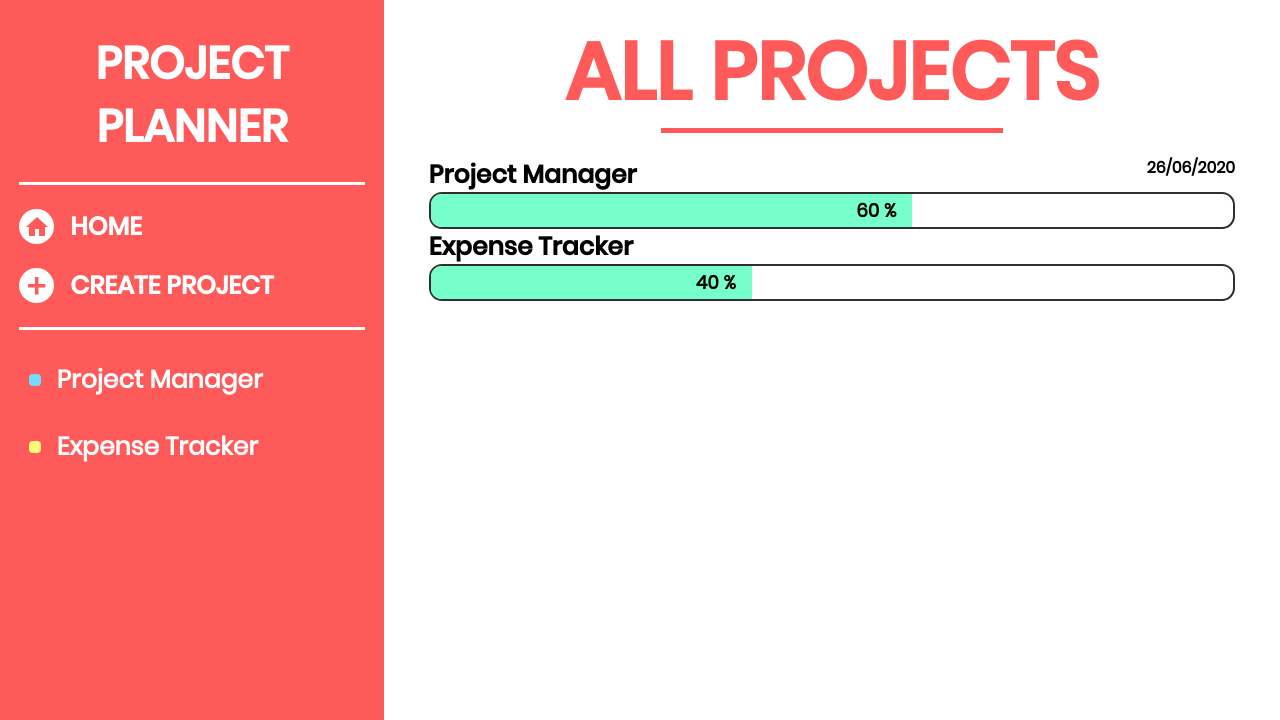
Repository: AzharMoosa/project-manager
Page: /
The author's editor kept a copy of each file at every save. The page is drawn from the files as they stood at one save, then again after a run of saves.
The browser window is 1280 px wide. The pictures show the whole page.
The project was rebuilt for these pictures with package versions that can differ from the ones it lists, and the page was loaded fresh each time.

Above is the page before, as saved 2020-06-22 11:09:39.

### public/index.html
<!DOCTYPE html>
<html lang="en">
  <head>
    <meta charset="utf-8" />
    <link rel="icon" href="%PUBLIC_URL%/favicon.ico" />
    <meta name="viewport" content="width=device-width, initial-scale=1" />
    <meta name="theme-color" content="#000000" />
    <meta
      name="description"
      content="Web site created using create-react-app"
    />
    <link rel="apple-touch-icon" href="%PUBLIC_URL%/logo192.png" />

    <link rel="manifest" href="%PUBLIC_URL%/manifest.json" />

    <title>Project Planner</title>
  </head>
  <body>
    <noscript>You need to enable JavaScript to run this app.</noscript>
    <div id="root"></div>
  </body>
</html>

### src/App.js
import React from "react";
import Sidebar from "./components/sidebar/Siebar";
import Home from "./components/home/Home";
import { ProjectProvider } from "./ProjectContext";

import "./App.css";

function App() {
  return (
    <ProjectProvider>
      <div className='container'>
        <Sidebar />
        <Home />
      </div>
    </ProjectProvider>
  );
}

export default App;

### src/components/sidebar/Siebar.js
import React from "react";
import Header from "./Header";
import ProjectList from "../project-list/ProjectList";

const Siebar = () => {
  return (
    <div className='sidebar'>
      <Header />
      <ProjectList />
    </div>
  );
};

export default Siebar;

### src/components/home/Home.js
import React, { useContext } from "react";
import ProgectProgress from "./ProgectProgress";
import { ProjectContext } from "../../ProjectContext";

const Home = () => {
  // eslint-disable-next-line
  const [projects, setProjects] = useContext(ProjectContext);

  return (
    <div className='home'>
      <h1 className='home-title'>ALL PROJECTS</h1>
      {projects.map((project) => (
        <ProgectProgress
          name={project.name}
          date={project.date}
          progress={project.progress}
          key={project.id}
        />
      ))}
    </div>
  );
};

export default Home;

### src/ProjectContext.js
import React, { useState, createContext } from "react";

export const ProjectContext = createContext();

export const ProjectProvider = (props) => {
  const [projects, setProjects] = useState([
    {
      name: "Project Manager",
      overview:
        "A project management application which allows you to plan personal projects and track its progress.  Create detail plans of projects before developing projects.",
      tools: ["HTML", "CSS", "JAVASCRIPT", "REACT"],
      progress: 60,
      tasks: [
        "Create Project Plans",
        "Todo List for Each Project",
        "Track Progress",
        "Priority List",
        "Choose Tools In Each Project",
        "Clean And Simple Design",
        "Use REACT",
      ],
      color: "blue",
      date: "26/06/2020",
      id: 28392,
    },

    {
      name: "Expense Tracker",
      overview:
        "A expense tracker application which allows you to budget and track your savings.  Track what expenses you have",
      tools: ["HTML", "CSS", "JAVASCRIPT", "REACT"],
      progress: 40,
      tasks: [
        "Expenses In And Out",
        "Current Balance",
        "Highest Money Out",
        "Clean And Simple Design",
        "Use REACT",
      ],
      color: "yellow",
      date: "",
      id: 2032,
    },
  ]);

  return (
    <ProjectContext.Provider value={[projects, setProjects]}>
      {props.children}
    </ProjectContext.Provider>
  );
};

### src/App.css
:root {
  --red: #ff5a5a;
  --green: #76ffca;
  --blue: #76daff;
  --yellow: #fffa76;
  --purple: #ab76ff;
}

/* CSS RESET */

* {
  margin: 0;
  padding: 0;
  box-sizing: border-box;
}

/* Fonts */

@font-face {
  font-family: "Poppins-Med";
  src: url("./fonts/Poppins-Medium.ttf");
}

@font-face {
  font-family: "Poppins-Reg";
  src: url("./fonts/Poppins-Regular.ttf");
}

/* Body */

body {
  font-family: "Poppins-Reg";
  line-height: 1.4;
}

/* Utilities */

/* Bullet Points */

.project-side:before,
.blue:before,
.yellow:before,
.green:before,
.purple:before {
  content: " ";
  height: 12px;
  width: 12px;
  margin-right: 1rem;
  border-radius: 4px;
}

.blue:before {
  background-color: var(--blue);
}

.yellow:before {
  background-color: var(--yellow);
}

.green:before {
  background-color: var(--green);
}

.purple:before {
  background-color: var(--purple);
}

/* Container */
.container {
  display: flex;
  overflow: hidden;
}

/* Sidebar */
.sidebar {
  width: 30vw;
  background-color: var(--red);
  height: 100vh;
  color: #fff;
}

.title {
  font-size: 45px;
  font-family: "Poppins-Med";
  text-align: center;
  padding-top: 2rem;
}

.nav-btns::after,
.nav-btns:before {
  content: " ";
  display: block;
  border-bottom: 3px solid #fff;
  width: 100%;
  margin: 1.5rem auto;
}

.nav-btns {
  width: 90%;
  margin: auto;
}

.home-btn,
.create-project-btn {
  display: flex;
  align-items: center;
  margin-top: 1.5rem;
}

.home-btn h3,
.create-project-btn h3 {
  margin-left: 1rem;
  font-family: "Poppins-Med";
  font-size: 25px;
}

.home-btn svg,
.create-project-btn svg {
  cursor: pointer;
}

/* Home */

.home {
  width: 70vw;
  display: flex;
  flex-direction: column;
}

.home-title {
  font-size: 80px;
  font-family: "Poppins-Med";
  color: var(--red);
  text-align: center;
  margin-top: 1rem;
}

.home-title:after {
  content: " ";
  display: block;
  border-bottom: 5px solid var(--red);
  width: 342px;
  margin: 0 auto 1.5rem auto;
}

/* Project Sidebar List */
.project-side {
  width: 85%;
  margin: 2rem auto;
  display: flex;
  align-items: center;
  cursor: pointer;
}

.project-side h3 {
  font-size: 25px;
}

/* Progress Bar */
.progressbar {
  width: 90%;
  background-color: #fff;
  border: 2px solid #2f2f2f;
  border-radius: 13px;
  margin: 0 auto;
}

.progressbar > div {
  background-color: var(--green);
  height: 33px;
  border-radius: 10px 0 0 10px;
}

.progressbar > div h3 {
  display: flex;
  justify-content: flex-end;
  line-height: 1.8;
  margin-right: 1rem;
}

.project-title {
  width: 90%;
  margin: auto;
  display: flex;
  justify-content: space-between;
}

.project-title h3 {
  font-size: 25px;
  font-family: "Poppins-Med";
}

### src/components/sidebar/Header.js
import React from "react";

const Header = () => {
  return (
    <div>
      <h1 className='title'>PROJECT PLANNER</h1>
      <div className='nav-btns'>
        <div className='home-btn'>
          <svg
            xmlns='http://www.w3.org/2000/svg'
            width='35'
            height='35'
            viewBox='0 0 35 35'
          >
            <g
              id='Home_Btn'
              data-name='Home Btn'
              transform='translate(-139 -182)'
            >
              <circle
                id='Ellipse_1'
                data-name='Ellipse 1'
                cx='17.5'
                cy='17.5'
                r='17.5'
                transform='translate(139 182)'
                fill='#fff'
              />
              <path
                id='icons8-home'
                d='M12,2.1,1,12H4v9h6V14h4v7h6V12h3Z'
                transform='translate(145 187.9)'
                fill='#ff5a5a'
              />
            </g>
          </svg>
          <h3>HOME</h3>
        </div>

        <div className='create-project-btn'>
          <svg
            xmlns='http://www.w3.org/2000/svg'
            width='35'
            height='35'
            viewBox='0 0 35 35'
          >
            <g id='Group_6' data-name='Group 6' transform='translate(-50 -242)'>
              <circle
                id='Ellipse_2'
                data-name='Ellipse 2'
                cx='17.5'
                cy='17.5'
                r='17.5'
                transform='translate(50 242)'
                fill='#fff'
              />
              <path
                id='icons8-plus'
                d='M8.922,2V8.922H2v1.538H8.922v6.922h1.538V10.461h6.922V8.922H10.461V2Z'
                transform='translate(58 250)'
                fill='#ff5a5a'
                stroke='#ff5a5a'
                strokeWidth='2'
                fillRule='evenodd'
              />
            </g>
          </svg>
          <h3>CREATE PROJECT</h3>
        </div>
      </div>
    </div>
  );
};

export default Header;

### src/components/project-list/ProjectList.js
import React, { useContext } from "react";
import { ProjectContext } from "../../ProjectContext";
import ProjectSide from "./ProjectSide";

const ProjectList = () => {
  // eslint-disable-next-line
  const [projects, setProjects] = useContext(ProjectContext);

  return (
    <div>
      {projects.map((project) => (
        <ProjectSide
          name={project.name}
          color={project.color}
          key={project.id}
        />
      ))}
    </div>
  );
};

export default ProjectList;

### src/components/home/ProgectProgress.js
import React from "react";
import ProgressBar from "./ProgressBar";

const ProgectProgress = ({ name, date, progress }) => {
  return (
    <div className='project-progress'>
      <div className='project-title'>
        <h3>{name}</h3>
        <h4>{date}</h4>
      </div>
      <ProgressBar progress={progress} />
    </div>
  );
};

export default ProgectProgress;

### src/components/project-list/ProjectSide.js
import React from "react";

const Project = ({ name, color }) => {
  return (
    <div className={`project-side ${color}`}>
      <h3>{name}</h3>
    </div>
  );
};

export default Project;

### src/components/home/ProgressBar.js
import React from "react";

const ProgressBar = ({ progress }) => {
  return (
    <div className='progressbar'>
      <div style={{ width: `${progress}%` }}>
        <h3>{progress} %</h3>
      </div>
    </div>
  );
};

export default ProgressBar;

Loaded but not shown: src/index.js (common file)

After the next 2 saves:
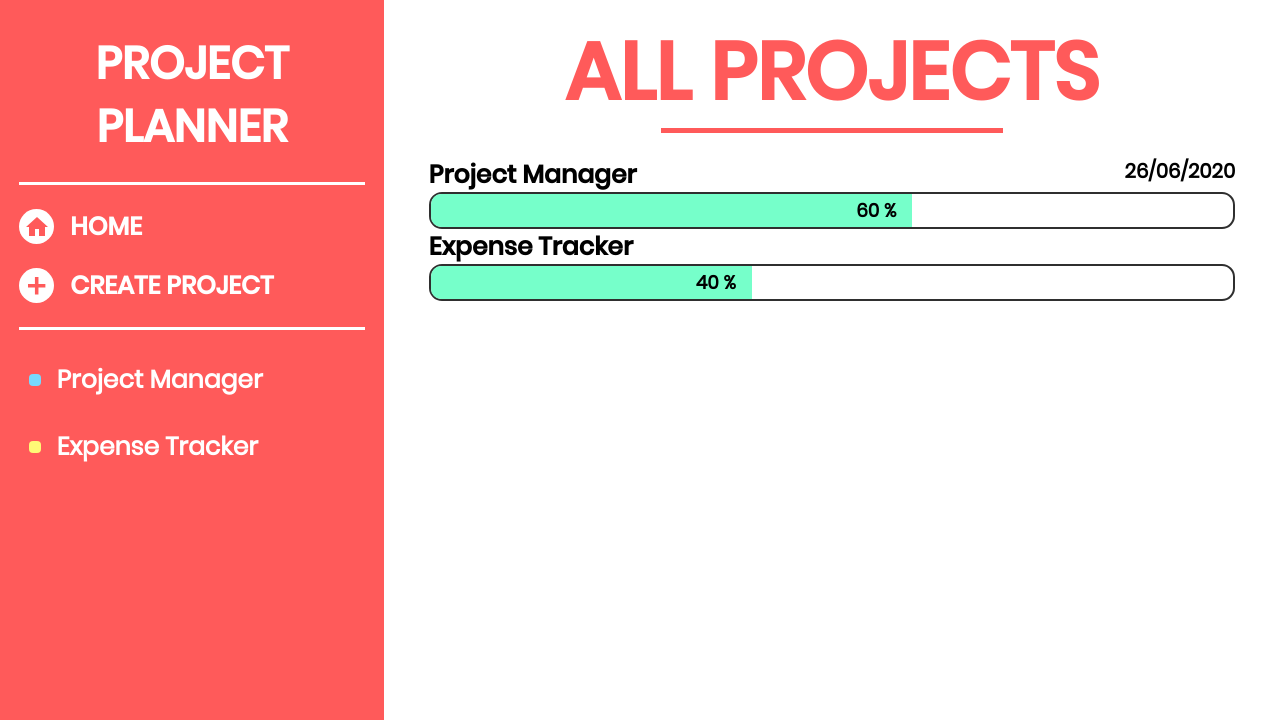
The 2 saves are shown as one change because they came seconds apart.
The last was saved 16 s later.
--- a/src/App.css
+++ b/src/App.css
@@ -189,3 +189,8 @@ body {
   font-size: 25px;
   font-family: "Poppins-Med";
 }
+
+.project-title h4 {
+  font-size: 20px;
+  font-family: "Poppins-Reg";
+}
